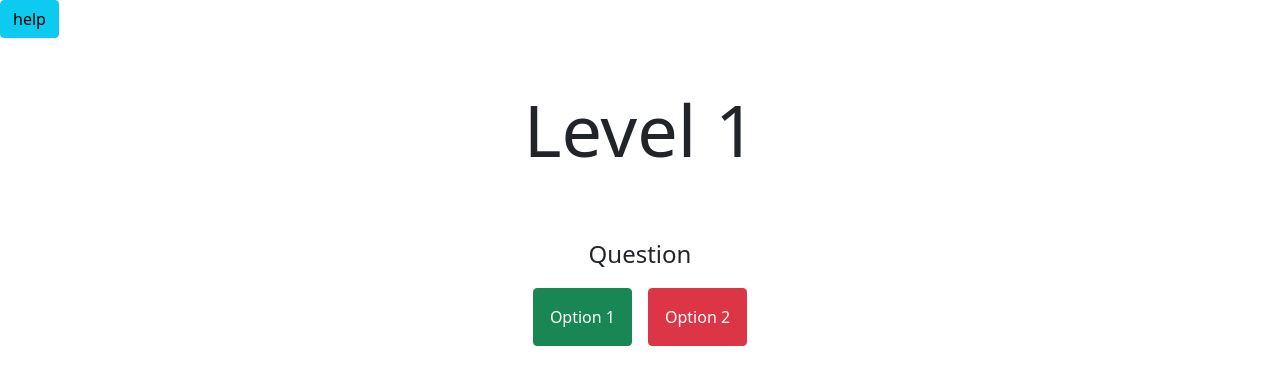
Repository: sreeramkongeseri/QuestionGame
Page: public/level1.html
An editor plug-in stored every save of this project. The page is shown before and after the next save, followed by the edit.
The browser window is 1280 px wide. The pictures show the whole page.
The page's requests for data from a server got no answer.

Above is the page before, as saved 2021-07-20 18:20:19.

After the next save:
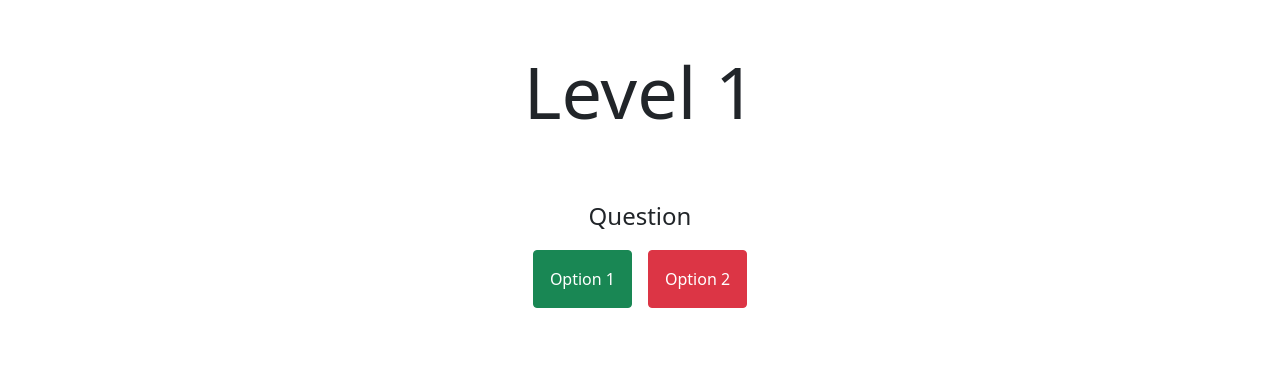
Saved 115 s later.
--- a/public/level1.html
+++ b/public/level1.html
@@ -29,30 +29,7 @@
 
 <body>
 
-    <div>
 
-        <!-- Button trigger modal -->
-        <button type="button" class="btn btn-info" data-toggle="modal" data-target="#exampleModal">
-            help
-        </button>
-
-        <!-- Modal -->
-        <div class="modal fade" id="exampleModal"  role="dialog" aria-hidden="true">
-        <div class="modal-dialog" role="document">
-        <div class="modal-content">
-
-            <div class="modal-header">
-                <h5 class="modal-title" id="exampleModalLabel">Help</h5>
-                <button type="button" class="close" data-dismiss="modal" aria-label="Close">
-                    <span aria-hidden="true">&times;</span>
-                </button>
-            </div>
-                <div class="modal-body"> Here's the help text.
-        </div>
-        </div>
-        </div>
-
-    </div>
 
     <div class='d-flex justify-content-center p-5'>
 
@@ -70,6 +47,23 @@
 
             <a id='next' href='level2.html' role='button' class='btn btn-primary align-self-center d-none' width=50px>continue</a>
 
+            <div class="modal" tabindex="-1">
+                <div class="modal-dialog">
+                  <div class="modal-content">
+                    <div class="modal-header">
+                      <h5 class="modal-title">Modal title</h5>
+                      <button type="button" class="btn-close" data-bs-dismiss="modal" aria-label="Close"></button>
+                    </div>
+                    <div class="modal-body">
+                      <p>Modal body text goes here.</p>
+                    </div>
+                    <div class="modal-footer">
+                      <button type="button" class="btn btn-secondary" data-bs-dismiss="modal">Close</button>
+                      <button type="button" class="btn btn-primary">Save changes</button>
+                    </div>
+                  </div>
+                </div>
+              </div>
 
 
         </div>
